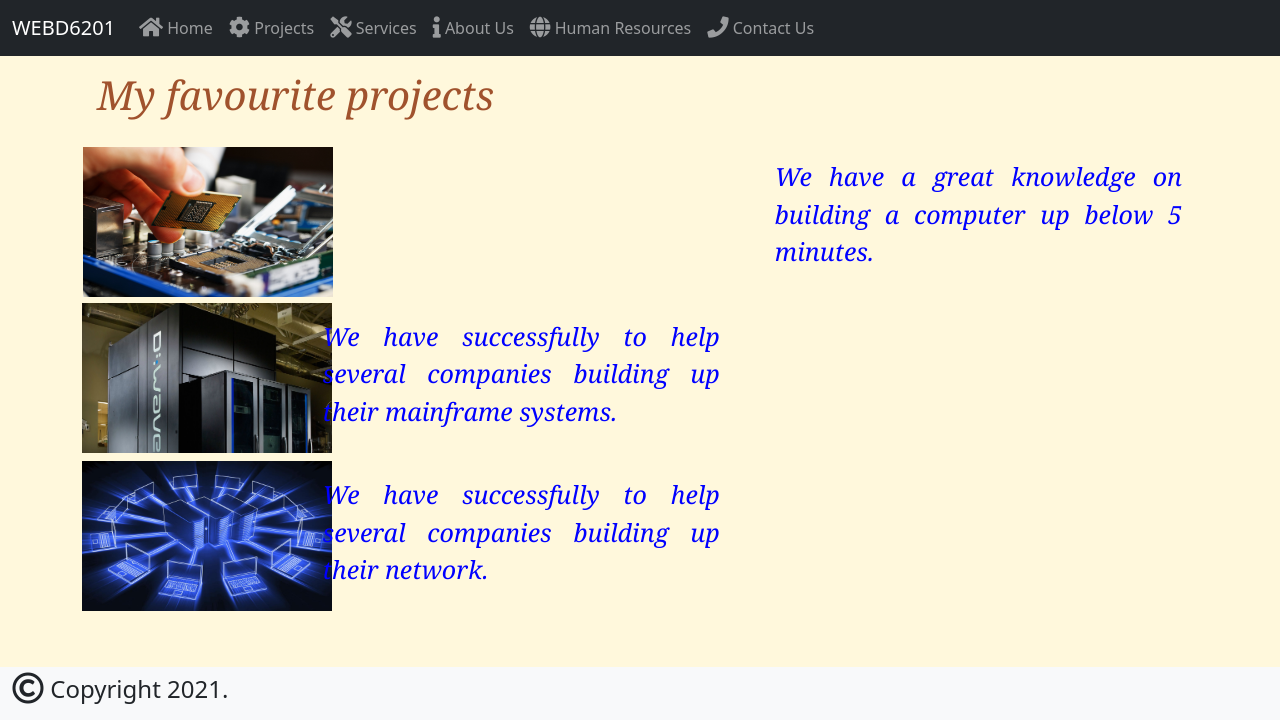
Repository: YiuWingLau/WEBD6201-W2021-Lab1
Page: projects.html
An editor plug-in stored every save of this project. The page is shown before and after the next save, followed by the edit.
The browser window is 1280 px wide. The pictures show the whole page.

Above is the page before, as saved 2021-02-04 21:44:34.

After the next save:
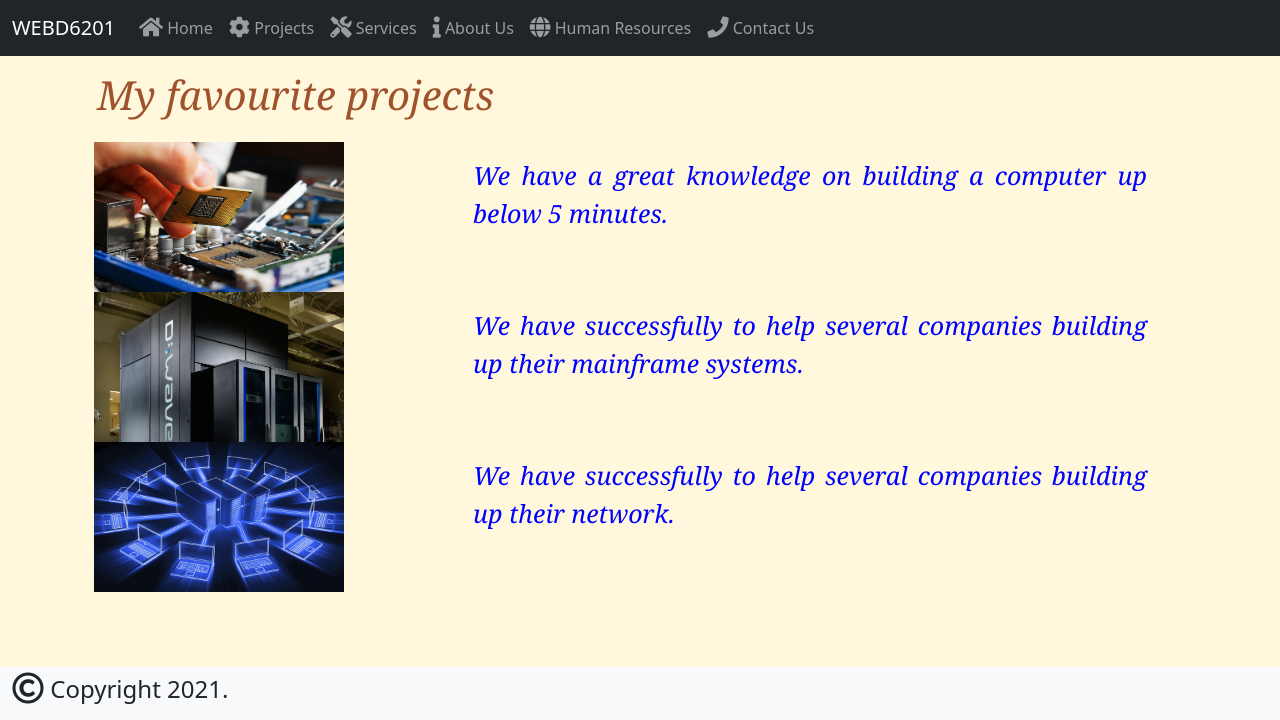
Saved 59 s later.
--- a/Scripts/app.js
+++ b/Scripts/app.js
@@ -69,17 +69,17 @@
 
 
       // create favorite projects element div tag
-      let project = document.createElement("table");
+      let project = document.createElement("div");
       project.setAttribute("class", "container");
       project.setAttribute("id", "project");
       mainContent.appendChild(project);
 
       // create & insert 1st favorite project detail
-      let projectOne = document.createElement("tr");
-      //projectOne.setAttribute("class", "row");
+      let projectOne = document.createElement("div");
+      projectOne.setAttribute("class", "row");
       projectOne.setAttribute("id", "projectOne");
-      projectOne.innerHTML = `<td><img id="favImage" src="./images/hardware.jpg" alt="computer hardware"></td>
-                              <td><p> We have a great knowledge on building a computer up below 5 minutes.</p></td>`;
+      projectOne.innerHTML = `<div class="row"><div class="col-4"><img id="favImage" src="./images/hardware.jpg" alt="computer hardware"></div>
+                              <div class="col-8"><p> We have a great knowledge on building a computer up below 5 minutes.</p></div></div><div></div>`;
       project.appendChild(projectOne);
 
       // create & insert 2nd favorite project detail
